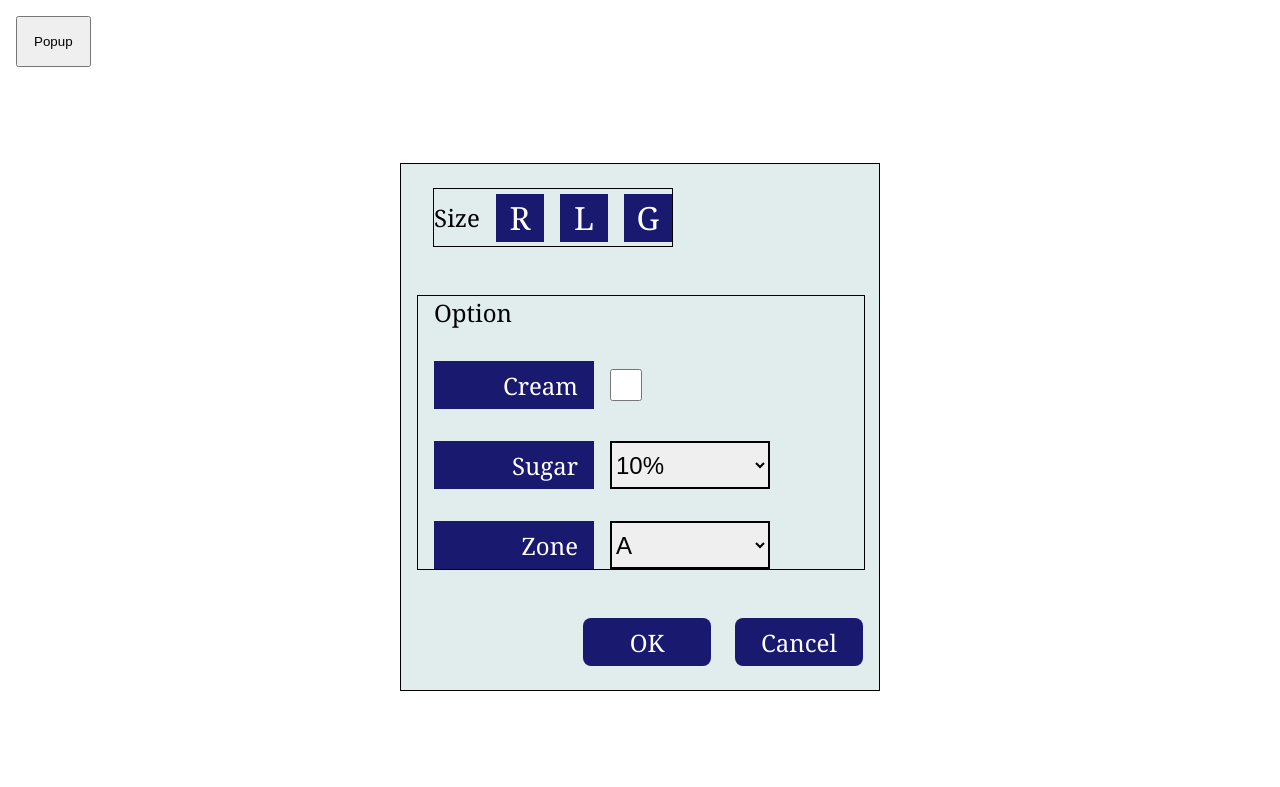
Repository: Dapravith/Midterm-SE-GIC-Cafe-Project-Group16
Page: src/main/resources/templates/PopupDrink.html
These files come from the project's save history. The page is drawn as it stood at one moment and after the next save; the edit follows.
The browser window is 1280 px wide. The pictures show the whole page.
Some web fonts or font styles are not loaded; a fallback is used.

Above is the page before, as saved 2023-05-12 14:57:44.

After the next save:
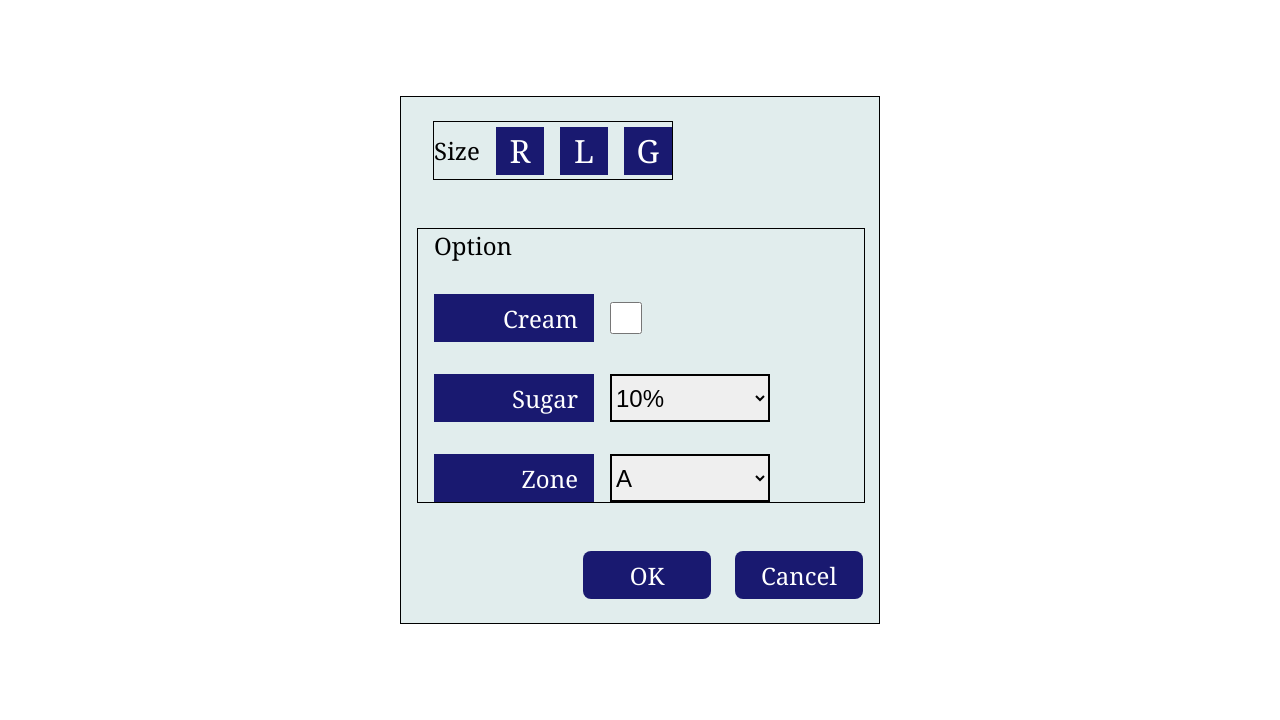
Saved 22 s later.
--- a/src/main/resources/templates/PopupDrink.html
+++ b/src/main/resources/templates/PopupDrink.html
@@ -179,7 +179,6 @@
     </style>
   </head>
   <body>
-    <button>Popup</button>
     <div class="main_wrapper">
       <div class="wrapper_box">
         <div class="size_box">
